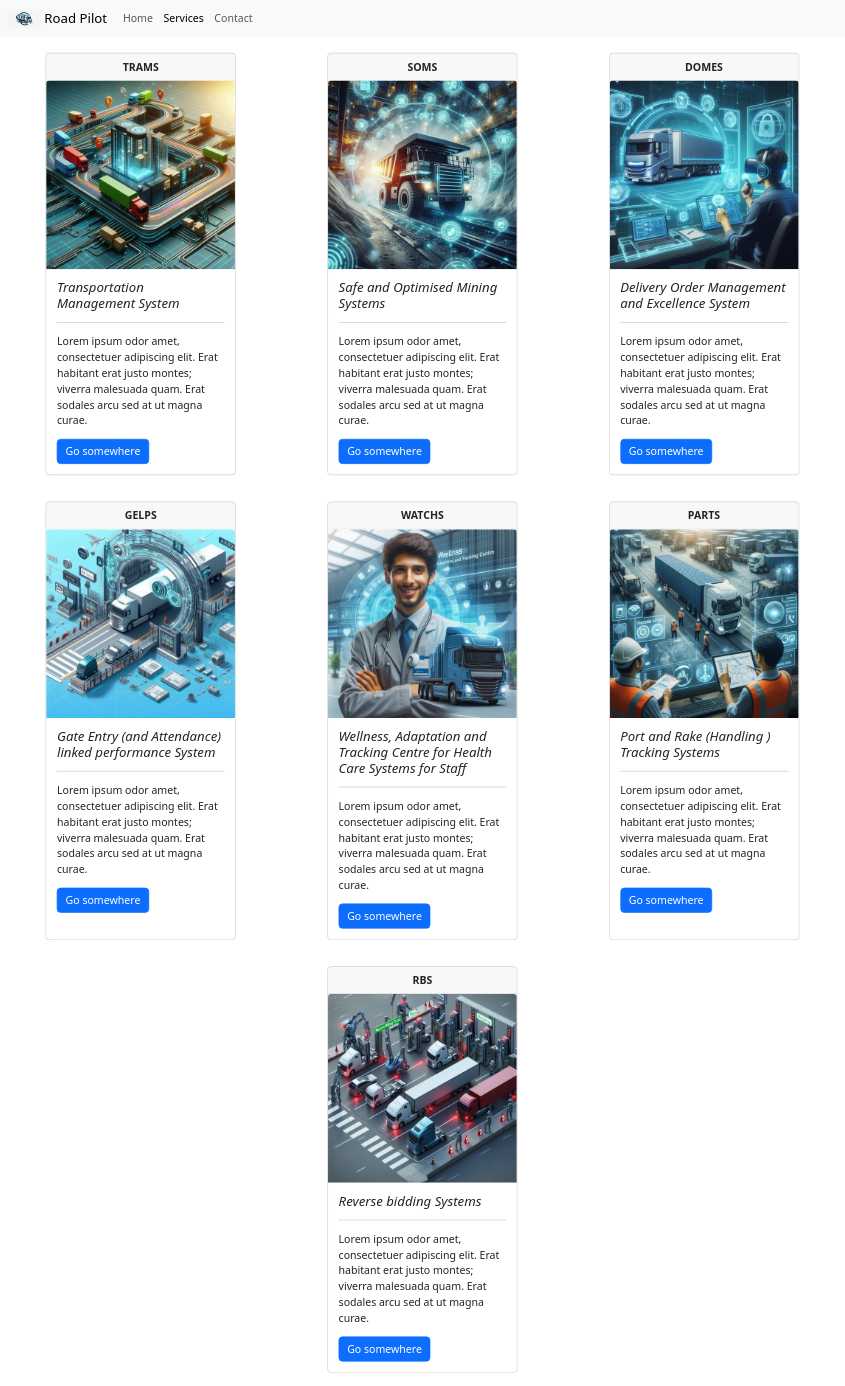
Repository: VictoriousMango/WebCreator
Page: pages/Services.html
These files come from the project's save history. The page is drawn as it stood at one moment and after the next save; the edit follows.
The browser window is 1280 px wide. The pictures show the whole page, at 66% of full size.

Above is the page before, as saved 2024-11-09 12:12:06.

### pages/Services.html
<!DOCTYPE html>
<html lang="en">

<head>
    <meta charset="UTF-8">
    <meta name="viewport" content="width=device-width, initial-scale=1.0">
    <title>Web Creator</title>
    <link href="https://cdn.jsdelivr.net/npm/bootstrap@5.3.3/dist/css/bootstrap.min.css" rel="stylesheet"
        integrity="sha384-QWTKZyjpPEjISv5WaRU9OFeRpok6YctnYmDr5pNlyT2bRjXh0JMhjY6hW+ALEwIH" crossorigin="anonymous">
    <link rel="stylesheet" href="../assets/css/services.css">
</head>

<body>
    <!-- Navbar -->
    <nav class="navbar navbar-expand-lg bg-body-tertiary">
        <div class="container-fluid">
            <a class="navbar-brand" href="#">
                <img src="../assets/images/Logo.png" alt="Logo" width="50px" class="d-inline-block align-text-top">
                Road Pilot
            </a>
            <button class="navbar-toggler" type="button" data-bs-toggle="collapse" data-bs-target="#navbarNav"
                aria-controls="navbarNav" aria-expanded="false" aria-label="Toggle navigation">
                <span class="navbar-toggler-icon"></span>
            </button>
            <div class="collapse navbar-collapse" id="navbarNav">
                <ul class="navbar-nav">
                    <li class="nav-item">
                        <a class="nav-link" href="../">Home</a>
                    </li>
                    <li class="nav-item">
                        <a class="nav-link active" aria-current="page" href="#">Services</a>
                    </li>
                    <li class="nav-item">
                        <a class="nav-link" href="./contact.html">Contact</a>
                    </li>
                </ul>
            </div>
        </div>
    </nav>
    <!-- NavBar -->
    <!-- Solutions/Softwares we may provide
            *Transportation Management System (TRAMS)
            *Safe and Optimised Mining Systems (SOMS)
            *Delivery Order Management and Excellence System (DOMES)
            *Gate Entry (and Attendance) linked performance System (GELPS)
            *Wellness ,Adaptation and Tracking Centre for Health Care Systems for Staff(WATCHS)
            *Port and Rake (Handling ) Tracking Systems(PARTS)
            *Reverse bidding Systems
    -->
    <div class="services">
        <!-- TRAMS -->
        <div class="card" style="width: 18rem;">
            <div class="card-header">
                <b>TRAMS</b>
            </div>
            <img src="../assets/images/TRAMS.png" class="card-img-top" alt="...">
            <div class="card-body">
                <h5 class="card-title"><i>Transportation Management System</i></h5>
                <hr>
                <p class="card-text">Lorem ipsum odor amet, consectetuer adipiscing elit. Erat habitant erat justo montes; viverra malesuada quam. Erat sodales arcu sed at ut magna curae.</p>
                <a href="#" class="btn btn-primary">Go somewhere</a>
            </div>
        </div>
        <!-- SOMS -->
        <div class="card" style="width: 18rem;">
            <div class="card-header">
                <b>SOMS</b>
            </div>
            <img src="../assets/images/SOMS.png" class="card-img-top" alt="...">
            <div class="card-body">
                <h5 class="card-title"><i>Safe and Optimised Mining Systems</i></h5>
                <hr>
                <p class="card-text">Lorem ipsum odor amet, consectetuer adipiscing elit. Erat habitant erat justo montes; viverra malesuada quam. Erat sodales arcu sed at ut magna curae.</p>
                <a href="#" class="btn btn-primary">Go somewhere</a>
            </div>
        </div>
        <!-- DOMES -->
        <div class="card" style="width: 18rem;">
            <div class="card-header">
                <b>DOMES</b>
            </div>
            <img src="../assets/images/DOMES.png" class="card-img-top" alt="...">
            <div class="card-body">
                <h5 class="card-title"><i>Delivery Order Management and Excellence System</i></h5>
                <hr>
                <p class="card-text">Lorem ipsum odor amet, consectetuer adipiscing elit. Erat habitant erat justo montes; viverra malesuada quam. Erat sodales arcu sed at ut magna curae.</p>
                <a href="#" class="btn btn-primary">Go somewhere</a>
            </div>
        </div>
        <!-- GELPS -->
        <div class="card" style="width: 18rem;">
            <div class="card-header">
                <b>GELPS</b>
            </div>
            <img src="../assets/images/GELPS.png" class="card-img-top" alt="...">
            <div class="card-body">
                <h5 class="card-title"><i>
                    Gate Entry (and Attendance) linked performance System
                </i></h5>
                <hr>
                <p class="card-text">Lorem ipsum odor amet, consectetuer adipiscing elit. Erat habitant erat justo montes; viverra malesuada quam. Erat sodales arcu sed at ut magna curae.</p>
                <a href="#" class="btn btn-primary">Go somewhere</a>
            </div>
        </div>
        <!-- WATCHS -->
        <div class="card" style="width: 18rem;">
            <div class="card-header">
                <b>WATCHS</b>
            </div>
            <img src="../assets/images/WATCHS.png" class="card-img-top" alt="...">
            <div class="card-body">
                <h5 class="card-title"><i>Wellness, Adaptation and Tracking Centre for Health Care Systems for Staff</i></h5>
                <hr>
                <p class="card-text">Lorem ipsum odor amet, consectetuer adipiscing elit. Erat habitant erat justo montes; viverra malesuada quam. Erat sodales arcu sed at ut magna curae.</p>
                <a href="#" class="btn btn-primary">Go somewhere</a>
            </div>
        </div>
        <!-- PARTS -->
        <div class="card" style="width: 18rem;">
            <div class="card-header">
                <b>PARTS</b>
            </div>
            <img src="../assets/images/PARTS.png" class="card-img-top" alt="...">
            <div class="card-body">
                <h5 class="card-title"><i>Port and Rake (Handling ) Tracking Systems</i></h5>
                <hr>
                <p class="card-text">Lorem ipsum odor amet, consectetuer adipiscing elit. Erat habitant erat justo montes; viverra malesuada quam. Erat sodales arcu sed at ut magna curae.</p>
                <a href="#" class="btn btn-primary">Go somewhere</a>
            </div>
        </div>
        <!-- RBS -->
        <div class="card" style="width: 18rem;">
            <div class="card-header">
                <b>RBS</b>
            </div>
            <img src="../assets/images/RBS.png" class="card-img-top" alt="...">
            <div class="card-body">
                <h5 class="card-title"><i>Reverse bidding Systems</i></h5>
                <hr>
                <p class="card-text">Lorem ipsum odor amet, consectetuer adipiscing elit. Erat habitant erat justo montes; viverra malesuada quam. Erat sodales arcu sed at ut magna curae.</p>
                <a href="#" class="btn btn-primary">Go somewhere</a>
            </div>
        </div>
    </div>


    <!-- Scripts -->
    <script src="https://cdn.jsdelivr.net/npm/bootstrap@5.3.3/dist/js/bootstrap.bundle.min.js"
        integrity="sha384-YvpcrYf0tY3lHB60NNkmXc5s9fDVZLESaAA55NDzOxhy9GkcIdslK1eN7N6jIeHz"
        crossorigin="anonymous"></script>
    <script src="https://cdn.jsdelivr.net/npm/@popperjs/core@2.11.8/dist/umd/popper.min.js"
        integrity="sha384-I7E8VVD/ismYTF4hNIPjVp/Zjvgyol6VFvRkX/vR+Vc4jQkC+hVqc2pM8ODewa9r"
        crossorigin="anonymous"></script>
    <script src="https://cdn.jsdelivr.net/npm/bootstrap@5.3.3/dist/js/bootstrap.min.js"
        integrity="sha384-0pUGZvbkm6XF6gxjEnlmuGrJXVbNuzT9qBBavbLwCsOGabYfZo0T0to5eqruptLy"
        crossorigin="anonymous"></script>
</body>

</html>

### assets/css/services.css
.navbar {
    background-color: #333;
    color: white;
    /* margin-bottom: 5px; */
    /* padding: 15px; */
    position: fixed; /* Make the navbar fixed */
    top: 0; /* Stick to the top */
    width: 100%; /* Full width */
    z-index: 1000; /* Ensure it stays above other content */
}

.services {
    margin-top: 60px;
    display: flex;
    flex-wrap: wrap;
    justify-content: space-around;
}

.card {
    width: 200px;
    margin: 20px;
}

.card:hover {
    transform: scale(1.05);
    transition: ease-in-out;
    box-shadow: 0 0 20px rgba(0, 217, 255, 0.7); /* Change the color and intensity as needed */
}

.card-header {
    display: flex;
    justify-content: center;
}

After the next save:
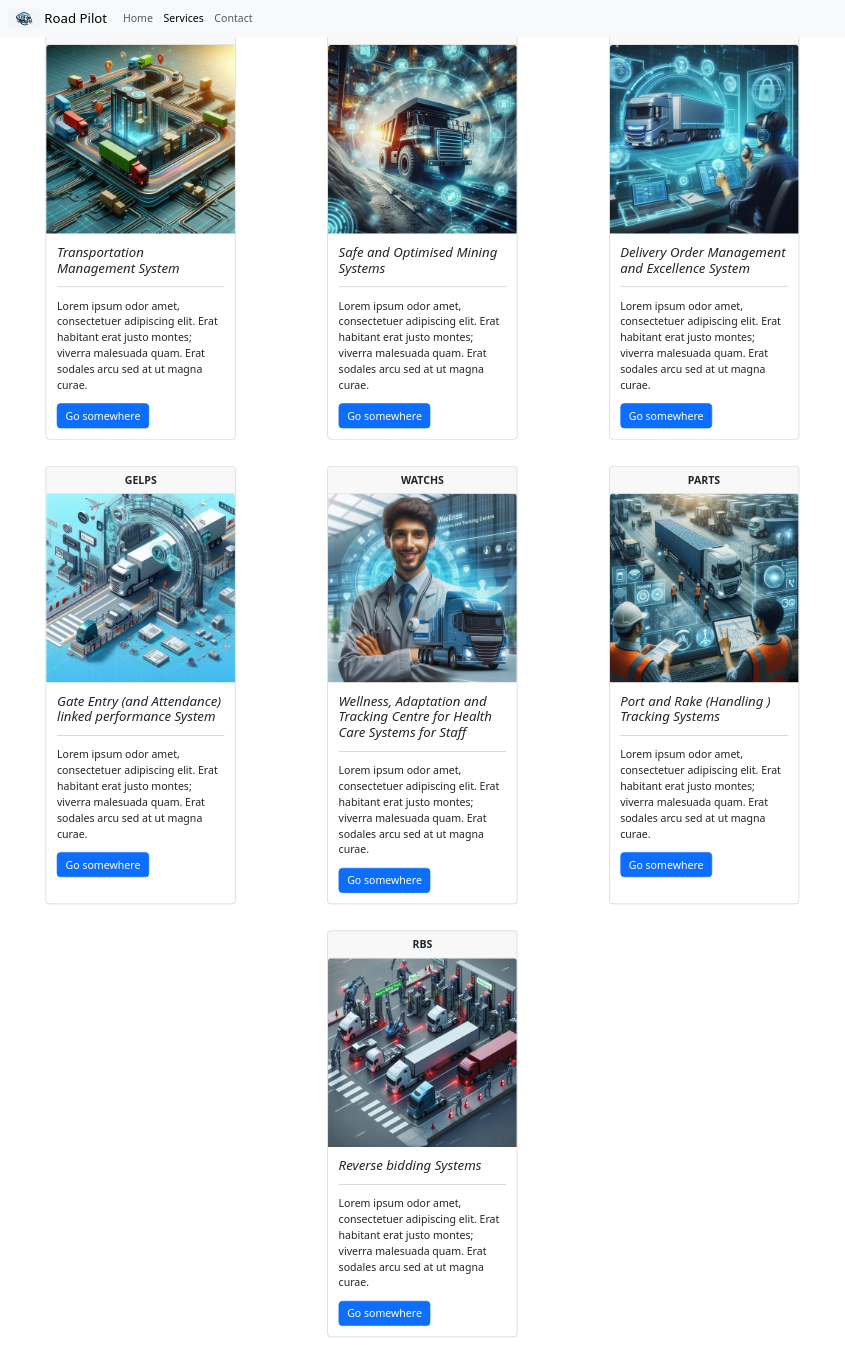
Saved 11 s later.
--- a/assets/css/services.css
+++ b/assets/css/services.css
@@ -10,7 +10,7 @@
 }
 
 .services {
-    margin-top: 60px;
+    margin-top: 6px;
     display: flex;
     flex-wrap: wrap;
     justify-content: space-around;
